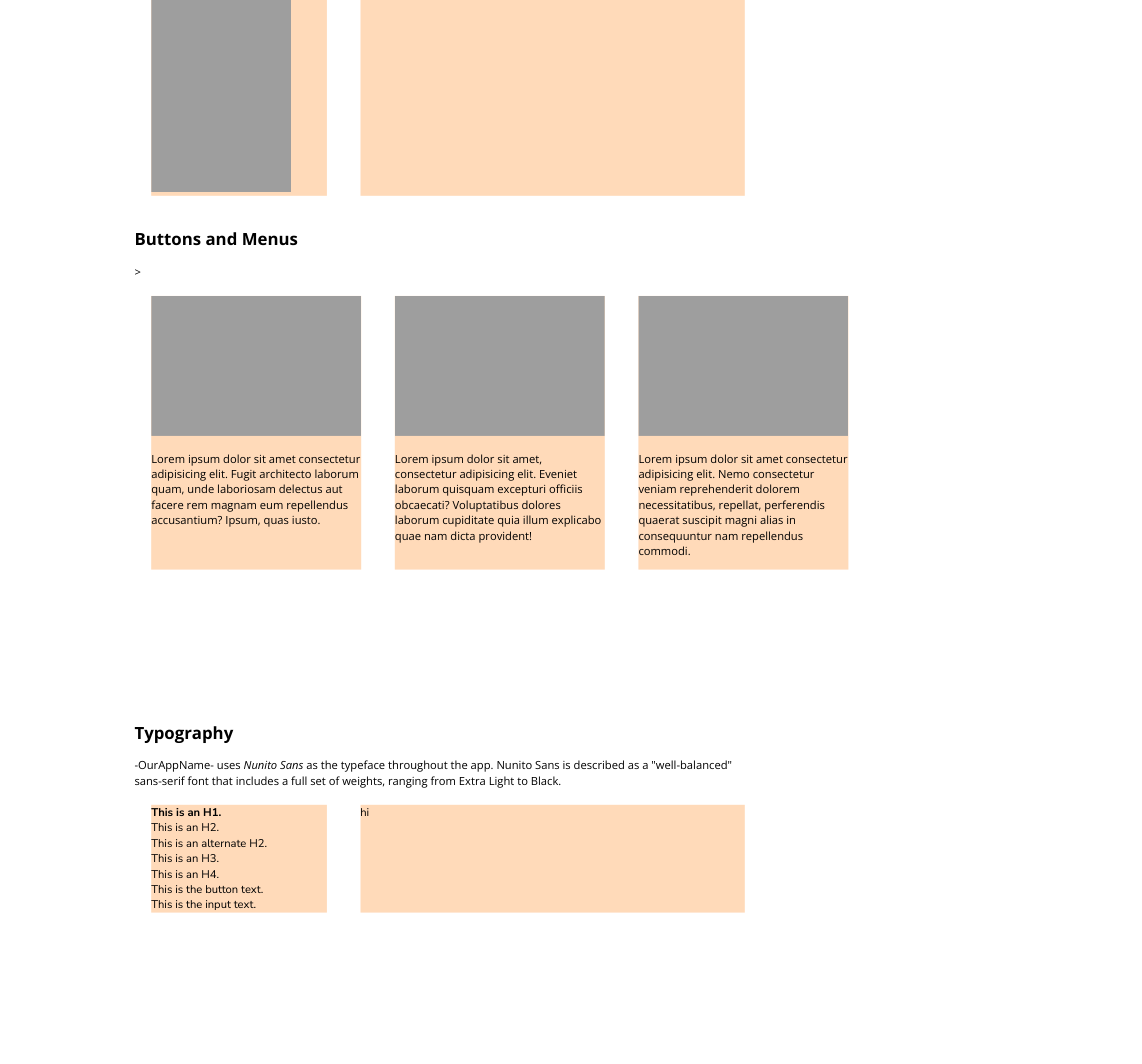
Repository: seohyun9672/Timearth-A6Styleguide
Page: page2.html
An editor plug-in stored every save of this project. The page is shown before and after the next save, followed by the edit.
The browser window is 1280 px wide. The page is 1632 px wide, so the pictures cover 1632 px, including what lies to the right of the window. The pictures show the part of the page from y = 904 to 2424 px (the page is 2424 px tall before and 2402 px after), at 70% of full size.
Pictures or frames that could not be fetched are drawn as grey boxes.

Above is the page before, as saved 2022-03-19 17:29:44.

After the next save:
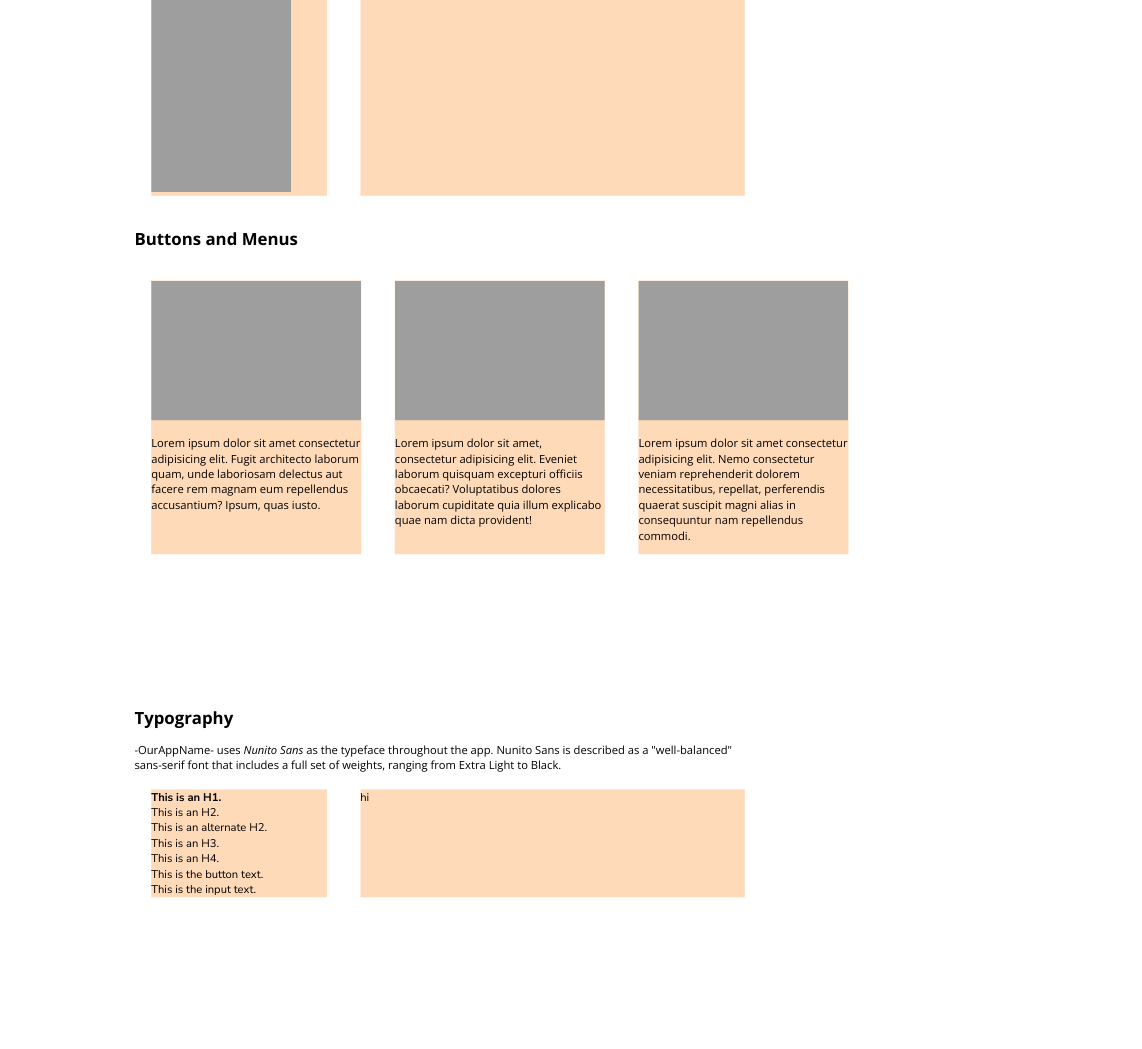
Saved 13 s later.
--- a/page2.html
+++ b/page2.html
@@ -39,7 +39,7 @@
         </div>
         <div class="col">Lorem ipsum dolor sit amet consectetur adipisicing elit. Corrupti laudantium illo iure alias recusandae accusamus reiciendis consequatur aliquid sint veritatis modi dolores, eveniet porro tempore similique aspernatur. Quas, hic quo sed necessitatibus illum suscipit molestiae consequuntur sit provident nobis ullam repellat obcaecati ipsa quos in cumque mollitia eius ratione facilis ut libero laboriosam tempora eum sint! Nisi sapiente veritatis ad iure esse magni reprehenderit odio non perferendis, sed recusandae beatae corporis quasi ipsam assumenda unde!</div>
       </div>
-      <h2>Buttons and Menus</h2>>
+      <h2>Buttons and Menus</h2>
       <div class="col-3">
         <div class="col">
           <img src="https://placekitten.com/300/200" />
